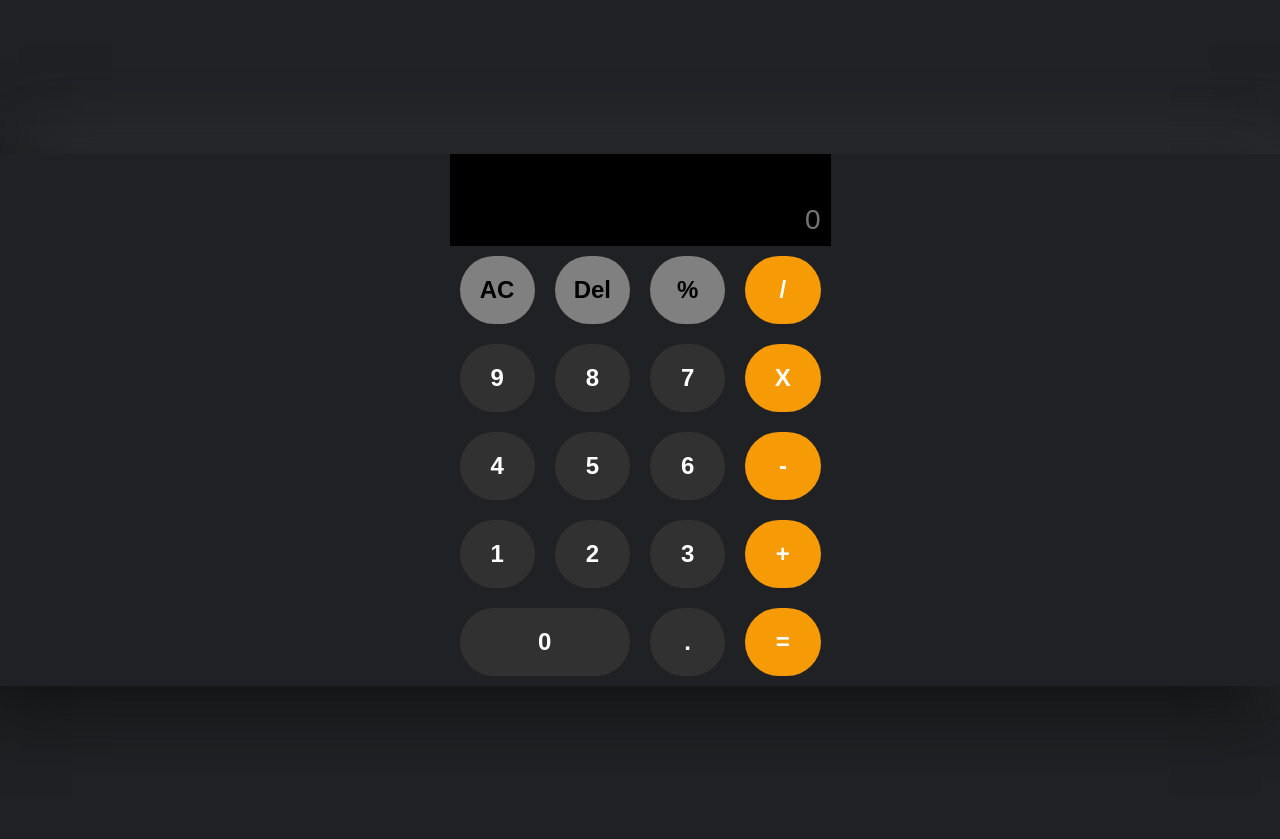
Repository: ble-syn/reactCalculator
Page: /
The author's editor kept a copy of each file at every save. The page is drawn from the files as they stood at one save, then again after the next save.
The browser window is 1280 px wide. The pictures show the whole page.
The project was rebuilt for these pictures with package versions that can differ from the ones it lists, and the page was loaded fresh each time.

Above is the page before, as saved 2022-10-06 22:13:02.

### src/index.css
*{
  margin: 0;
  box-sizing: border-box;
}

body{
  display: flex;
  justify-content: center;
  align-items: center;
  flex-direction: column;
  background-color: #202124;
  color: #fff;
  margin: 12% auto;
background: #202124;
box-shadow:  -20px 20px 60px #101112,
             20px -20px 60px #303236;
}
.container {
  max-width: 1200px;
  padding: 10px;
  background: #202124;
  box-shadow:  -20px 20px 60px #101112
             20px -20px 60px #303236;
}
#calculator-display {
  border: none;
  width: 100%;
  text-align: right;
  font-size: 28px;
  padding: 50px 10px 10px;
  color: #fff;
  background-color: #000;
}

.calculator-keys{
  display: grid;
  grid-template-columns: repeat(4, 1fr);
  grid-gap: 20px;
  margin: 10px;
}
button {
  padding: 20px 15px;
  display: grid;
  place-items: center;
  outline: none;
  border-radius: 50px;
  font-weight: 700;
  border: none;
  color: #fff;
  background-color: #313131;
  font-size: 24px;
  cursor: pointer;
}
button:focus {
  background-color: #D1D1D1;
}
.zero {
  grid-column: 1/3;
}
.gray {
  background-color: gray;
  color: #000;
}
.yellow {
  background-color: #F69A06;
}
.yellow:focus{
  background-color: #ffffff;
  color: #F69A06;
}

### src/App.js
import {useState} from "react";

function App() {
  const [numDisplay, setNumDisplay] = useState("")
  const operators = ["+", "-", "*", "/"]

const numClick = (event) => {
      event.preventDefault()

      let value = event.target.value
      setNumDisplay(numDisplay + value)
}


const deleteNum = () => {
  setNumDisplay(numDisplay.slice(0, -1))
}
const reset = () => {
  setNumDisplay("")
}
const percent = () => {
  setNumDisplay(numDisplay / 100)
}
const equals = () => {
  setNumDisplay(eval(numDisplay))
}

  return (
    <main id="container">
      <div class="calculator">
          <div><input id="calculator-display" type="text" placeholder="0" value={numDisplay} /></div>

          <div class="calculator-keys">
              <button onClick={reset} value=" " class="gray">AC</button>
              <button onClick={deleteNum} value="" class="gray">Del</button>
              <button onClick={percent} value="%" class="gray">%</button>
              <button onClick={numClick} value="/" class="yellow">/</button>
              <button onClick={numClick} value="9">9</button>
              <button onClick={numClick} value="8">8</button>
              <button onClick={numClick} value="7" >7</button>
              <button onClick={numClick} value="*" class="yellow">X</button>
              <button onClick={numClick} value="4">4</button>
              <button onClick={numClick} value="5">5</button>
              <button onClick={numClick} value="6">6</button>
              <button onClick={numClick} value="-" class= "yellow">-</button>
              <button onClick={numClick} value="1">1</button>
              <button onClick={numClick} value="2">2</button>
              <button onClick={numClick} value="3">3</button>
              <button onClick={numClick} value="+" class="yellow">+</button>
              <button onClick={numClick} value="0" class="zero" >0</button>
              <button onClick={numClick} value="." data-action="decimal">.</button>
              <button onClick={equals} value="=" class="yellow">=</button>
          </div>
      </div>
    </main>
  )
}

export default App;

Loaded but not shown: public/index.html (common file); src/index.js (common file); src/reportWebVitals.js (common file)

After the next save:
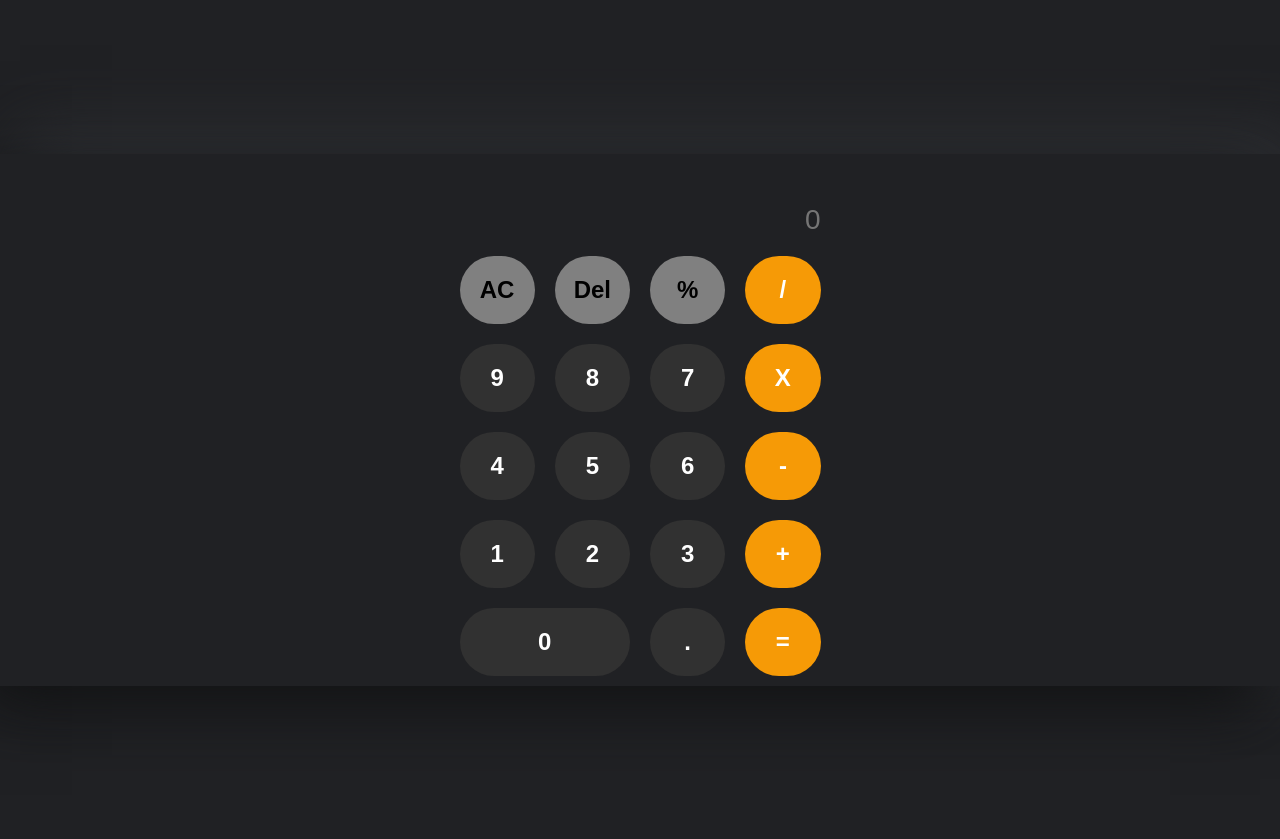
Saved 5 min 20 s later.
--- a/src/index.css
+++ b/src/index.css
@@ -29,7 +29,7 @@ box-shadow:  -20px 20px 60px #101112,
   font-size: 28px;
   padding: 50px 10px 10px;
   color: #fff;
-  background-color: #000;
+  background-color: #202124;
 }
 
 .calculator-keys{
